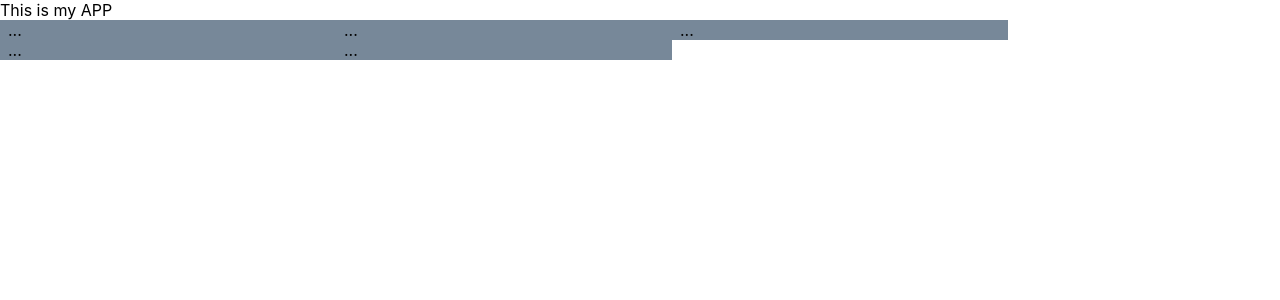
Repository: vnevescode/ui-components-react
Page: /
These files come from the project's save history. The page is drawn as it stood at one moment and after the next save; the edit follows.
The browser window is 1280 px wide. The pictures show the whole page.
The project was rebuilt for these pictures with package versions that can differ from the ones it lists, and the page was loaded fresh each time.

Above is the page before, as saved 2022-06-09 22:13:19.

After the next save:
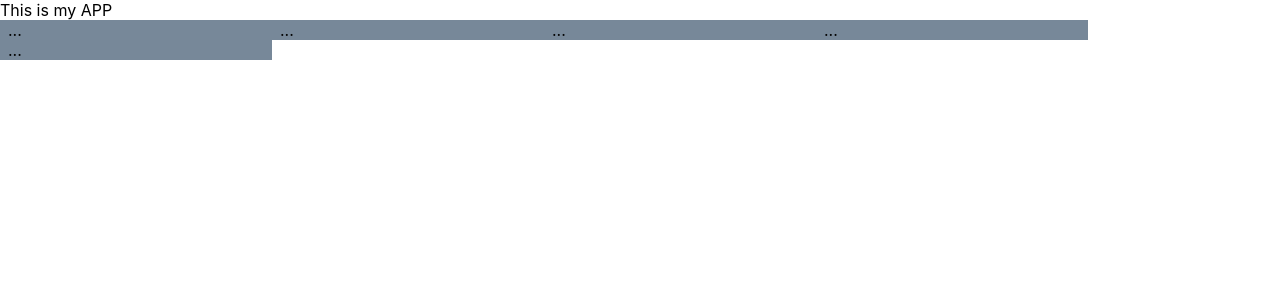
Saved 16 s later.
--- a/src/components/Cards/Cards.style.css
+++ b/src/components/Cards/Cards.style.css
@@ -6,7 +6,7 @@
 }
 
 .cards__item{
-    flex-basis: 25%;
+    flex-basis: 20%;
     padding-left: 8px;
     padding-right: 8px;
     background-color: lightslategray;
